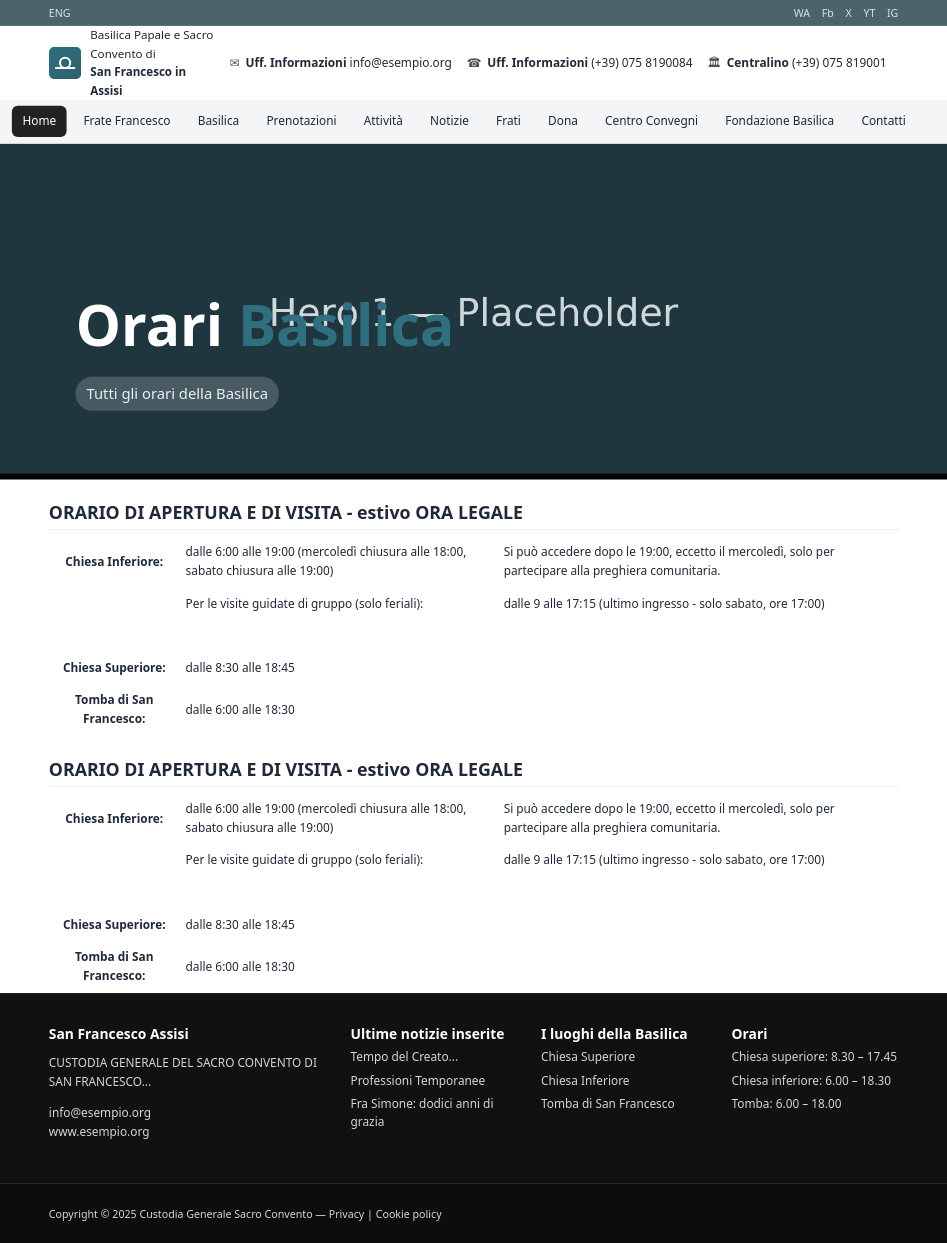
Repository: leacappello/basilica-platform-project
Page: pages/orari.html
These files come from the project's save history. The page is drawn as it stood at one moment and after the next save; the edit follows.
The browser window is 1280 px wide. The pictures show the whole page, at 74% of full size.

Above is the page before, as saved 2025-09-15 12:52:02.
Console error (its wording comes from the project's code and is left out).

After the next save:
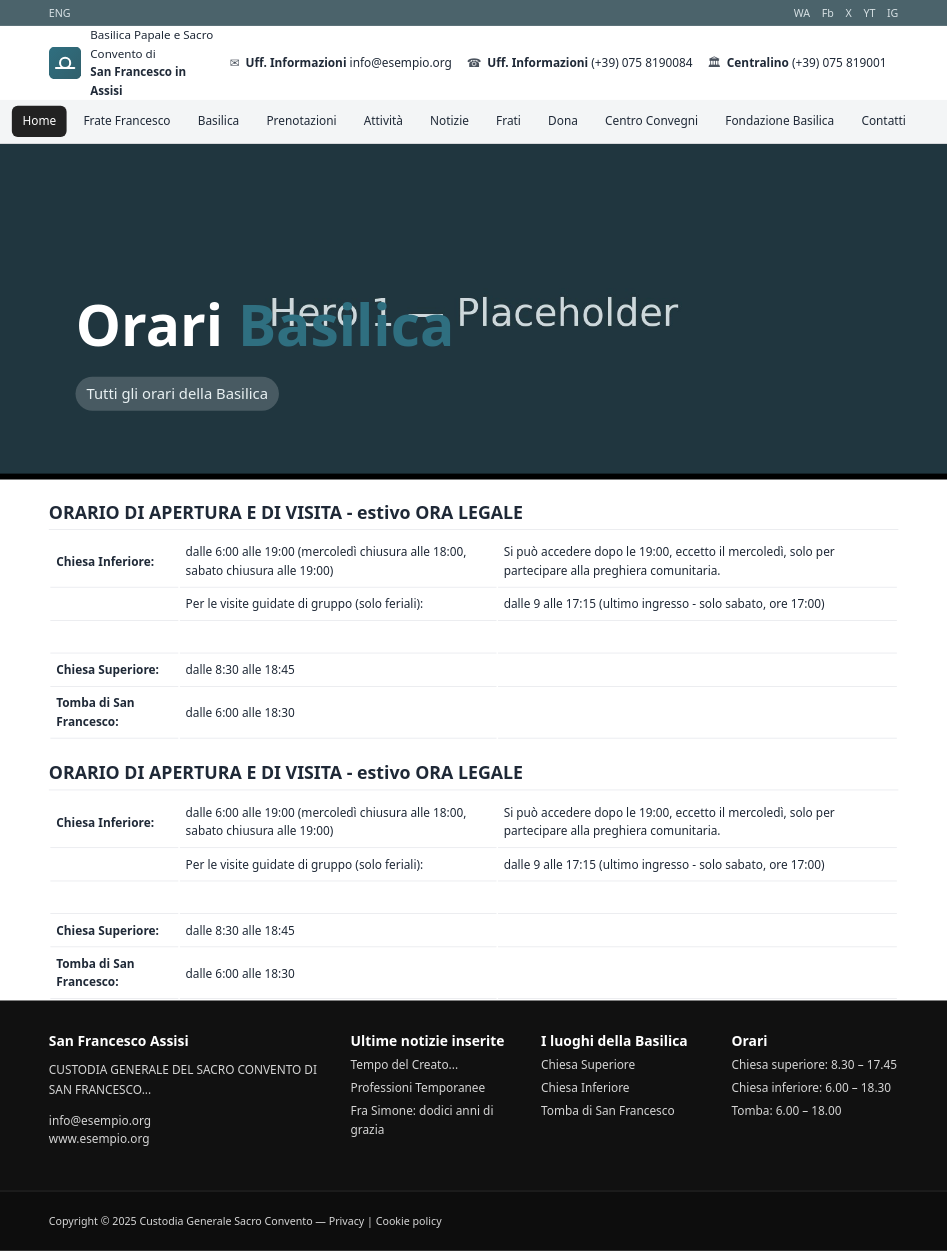
Saved 5 s later.
--- a/assets/styles.css
+++ b/assets/styles.css
@@ -219,7 +219,7 @@ a:hover{text-decoration:underline}
 }
 .orari th,.orari td{
   padding:.5rem;
-  border-bottom:1px solid var(--border)
+  border-bottom:1px solid var(--border);
   text-align: left;
 }
 
